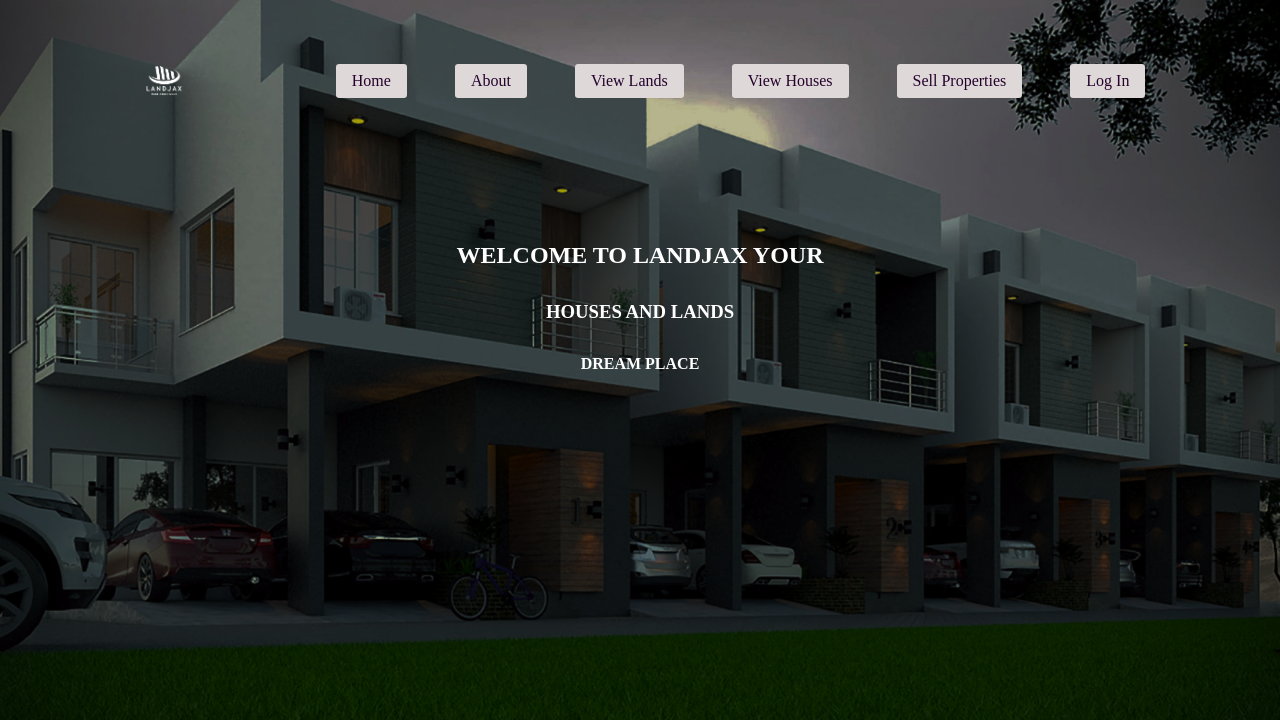
Repository: NorVirae/landjax-frontend
Page: /
An editor plug-in stored every save of this project. The page is shown before and after the next save, followed by the edit.
The browser window is 1280 px wide. The pictures show the whole page.
The project was rebuilt for these pictures with package versions that can differ from the ones it lists, and the page was loaded fresh each time. The framework's server and built-in components were replaced by stand-ins that run in the browser. Also part of the build but not shown: next.config.js.

Above is the page before, as saved 2022-07-02 15:19:02.

### pages/_app.tsx
import '../src/styles/Landing.css'
import '../src/styles/Global.css'


import type { AppProps } from 'next/app'

function MyApp({ Component, pageProps }: AppProps) {
  return <Component {...pageProps} />
}

export default MyApp

### pages/index.tsx
import type { NextPage } from 'next'
import Head from 'next/head'
import Image from 'next/image'
import Navbar from '../src/components/Navbar'


const Home = () => {
  return (
    <div>
      <Head>
        <title>Land Jax</title>
        <meta name="description" content="Generated by create next app" />
        <link rel="icon" href="/favicon.ico" />
      </Head>


      <main>
        <section className='carousel__container'>
          <Navbar />

          <div className='carousel__welcome-screen'>
            <h2>WELCOME TO LANDJAX YOUR</h2>
            <h3>HOUSES AND LANDS</h3>
            <h4>DREAM PLACE</h4>

          </div>

        </section>



      </main>

      <footer>

      </footer>
    </div>
  )
}

export default Home

### src/styles/Landing.css
.carousel__container{
    background-repeat: no-repeat;
    background-image: url('../assets/1.png');
    background-size: cover;
    height: 100vh;
    width: 100vw;
}
.navbar{
    display: flex;
    justify-content: space-around;
    padding: 4rem;
    align-items: center;
}


.navbar .nav {
    display: flex;
    text-decoration: none;
    list-style: none;
    gap: 3rem;
}

.navbar .nav a{

}

.navbar__nav-link{
    /* padding: 3rem 2rem; */
    color: #25012C;
}

.navbar__nav-item{
    background-color: #DED8D9;
    color: #25012C;
    padding: .5rem 1rem;
    border-radius: .2rem;

}

.sign-in{
    background-color: #290230;
    color: #DFDDDF!important;

}

.carousel__welcome-screen{
    padding: 5rem 3rem;
    color: white;
    display: flex;
    justify-content: center;
    align-items: center;
    flex-direction: column;
    gap: 2rem;
}


.carousel__welcome-text{
    font-size: 4rem;
}
.carousel__house-lands{
    font-size: 2rem;
}
.carousel__dream-place{
    font-size: 2rem;
}


.house__preview{
    height: 100vh;
    width: 100vw;
    display: flex;
    justify-content: center;
    align-items: center;
    display: flex;
    flex-direction: column;
    background-color: #0D0316;
    position: relative;

}

.house__preview-inner{
    display: grid;
    gap: 2rem;
    grid-template-columns: repeat(5, 1fr);

}

.house__preview-overlay{
    background-color: #0000007e;
    height: 100vh;
    width: 100vw;
    position: absolute;
    left: 0%;
    top: 0%;
    z-index: 2;
}

.house__image-preview{
    border-radius: 1rem;
}

.house__intro {
    display: flex;
    justify-content: center;
    align-items: center;
    flex-direction: column;
    gap: 2rem;
    position: absolute;
    color: white;
    z-index: 3;
}

.house__live{
    font-size: 3rem;
}

.house__asset{
    font-size: 1.2rem;
}

.house__land-annouce{
    font-weight: 900;
    font-size: 1.3rem;
}

.house__form-group{
    background-color: white;
    border: 1rem;
    padding: 1.5rem;
    border-radius: 3rem;
    display: flex;
    flex-direction: column;
    gap: 1rem;
    width: 100%;
}

.house__form-label{
    color: black;
}

.house__form-control{
    border: none;
}

.house__form-control:focus{
    outline: none;
}

.house__btn-ecom-container{
    display: flex;
    gap: 2rem;
}

.house__btn-buy-prop{
    padding: 1rem 1.5rem;
    border-radius: 1rem;
    color: #470C76;

}

.house__btn-sell-prop{
    padding: 1rem 1.5rem;
    border-radius: 1rem;
    color: #E1E2E2;
    background-color: transparent;
    border: .1rem solid #E1E2E2;

}

.future__container{
    width: 100vw;
    background-color: #0C0215;
    padding: 2rem 3rem;

    display: flex;
    justify-content: center;
    align-items: center;
    flex-direction: column;
    gap: 2rem;
}

.future__header{
    color: white;
    display: flex;
    align-items: center;
    gap: 3rem;
    padding: 3rem 7rem;
}


.future__prop-text{
    font-size: 3rem;

}
.future__btn-prop{
    font-size: 1.2rem;
    padding: 1rem 3rem;
    background-color: #2B0549;
    color: white;
    border: none;
}
.future__houses-card-container{
    display: grid;
    grid-template-columns: repeat(3, 1fr);
    gap: 2rem;
    margin: auto 3rem;
    max-width: 60rem;
}

.future__house-card{
    display: flex;
    flex-direction: column;
    color: white;
    border-top-left-radius: 2rem;
    border-top-right-radius: 2rem;
    height: 100%;
    background-color: #ffff;
    position: relative;

}

.future__card-img{
    border-top-left-radius: 2rem;
    border-top-right-radius: 2rem;

}

.future__card-body{
    display: flex;
    flex-direction: column;
    color: #000;
    gap: 1rem;
    padding: 2rem;
}

.future__card-title{
    font-weight: 900;
    font-size: 1.5rem;
}

.future__card-price{
    font-size: 1.4rem;
    font-weight: 900;
}

.future__card-desc{
    font-size: 1rem;
}

.future__profile-container{
    display: flex;
    align-items: center;
    gap: 1rem;

}
.future__profile-img{
    border-radius: 100%;
}

.future__btn-sale{
    background-color: #5E4D7C;
    color: #EBE9EF;
    padding: .3rem 1rem;
    border-radius: .3rem;
    position: absolute;
    border: none;
    font-size: .9rem;
    right: 5%;
    top: 5%;
    z-index: 2;
}

.explore__market-container{
    display: flex;
    gap: 4rem;
    justify-content: space-around;
    background-image: url(../assets//16.png);
}

### src/styles/Global.css
* {
    padding: 0;
    margin: 0;
    box-sizing: border-box;
}

a {
    text-decoration: none;
}

### src/components/Navbar.tsx
import Link from "next/link";
import React from "react";
import Image from "next/image";
import Logo from "../assets/logo.png"

const Navbar:React.FC = ({}) => {

    return (
        <nav className="navbar">
            <Link href="#">
                <Image className="navbar_brand" src={Logo} width="60rem" objectFit="contain" height="30rem" />
            </Link>
            <ul className="nav">
                <li className="navbar__nav-item">
                    <Link href={"/"}>
                        <a className={"navbar__nav-link"}>
                            Home
                        </a>
                    </Link>
                </li>

                <li className="navbar__nav-item">
                    <Link href={"/"}>
                        <a className={"navbar__nav-link"}>
                            About
                        </a>
                    </Link>
                </li>

                <li className="navbar__nav-item">
                    <Link href={"/view/lands"}>
                        <a className={"navbar__nav-link"}>
                            View Lands
                        </a>
                    </Link>
                </li>

                <li className="navbar__nav-item">
                    <Link href={"/view/houses"}>
                        <a className={"navbar__nav-link"}>
                            View Houses
                        </a>
                    </Link>
                </li>

                <li className="navbar__nav-item">
                    <Link href={"/sell/properties"}>
                        <a className={"navbar__nav-link"}>
                            Sell Properties
                        </a>
                    </Link>
                </li>

                <li className="navbar__nav-item">
                    <Link href={"/login"}>
                        <a className={"navbar__nav-link"}>
                            Log In
                        </a>
                    </Link>
                </li>
            </ul>
        </nav>
    )

}

export default Navbar;

After the next save:
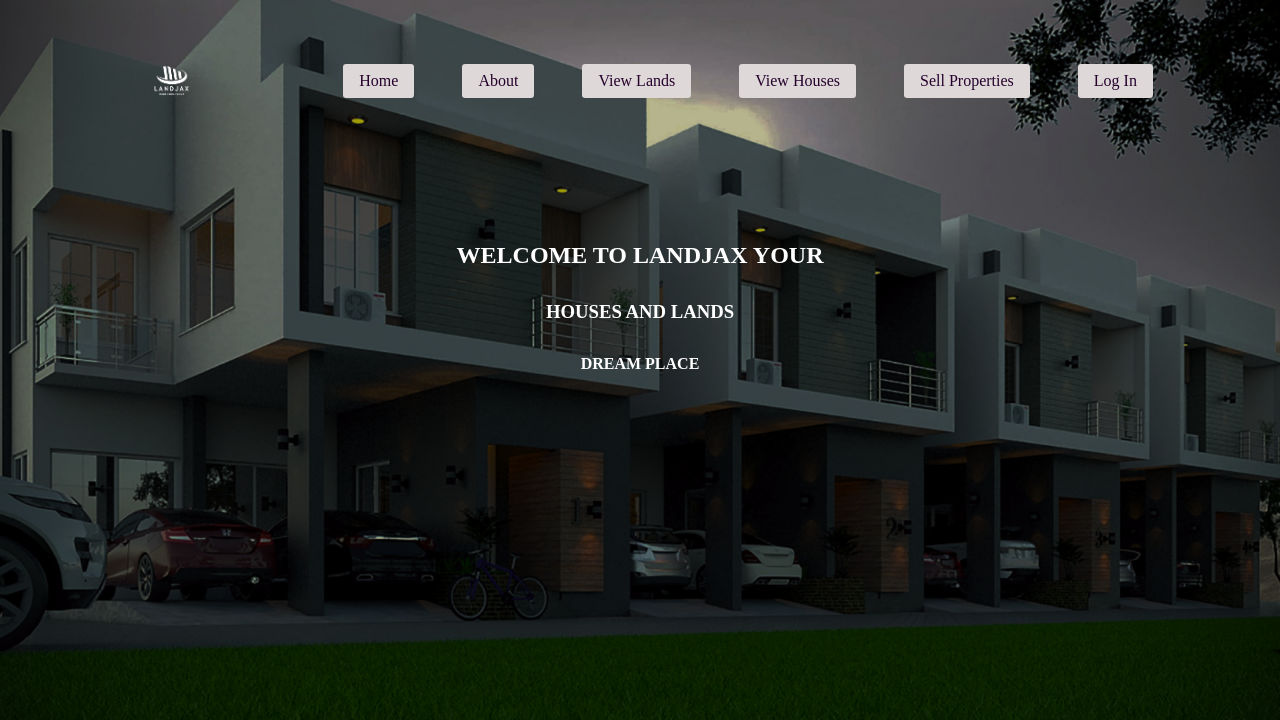
Saved 19 s later.
--- a/src/components/Navbar.tsx
+++ b/src/components/Navbar.tsx
@@ -8,7 +8,7 @@ const Navbar:React.FC = ({}) => {
     return (
         <nav className="navbar">
             <Link href="#">
-                <Image className="navbar_brand" src={Logo} width="60rem" objectFit="contain" height="30rem" />
+                <Image className="navbar_brand" src={Logo} width="90rem" objectFit="contain" height="30rem" />
             </Link>
             <ul className="nav">
                 <li className="navbar__nav-item">
